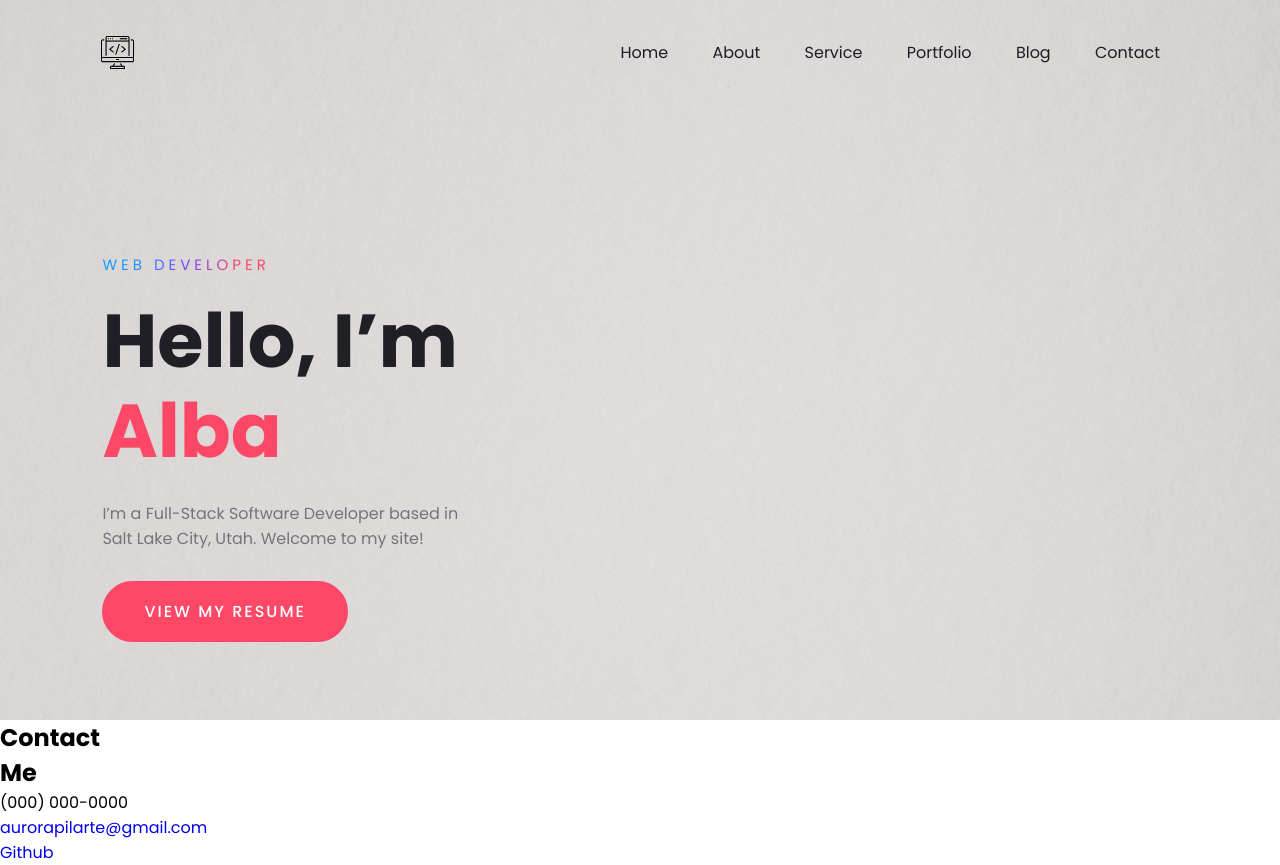
Repository: pilar122/port
Page: index.html
The author's editor kept a copy of each file at every save. The page is drawn from the files as they stood at one save, then again after the next save.
The browser window is 1280 px wide. The pictures show the whole page.

Above is the page before, as saved 2022-01-29 15:49:44.

After the next save:
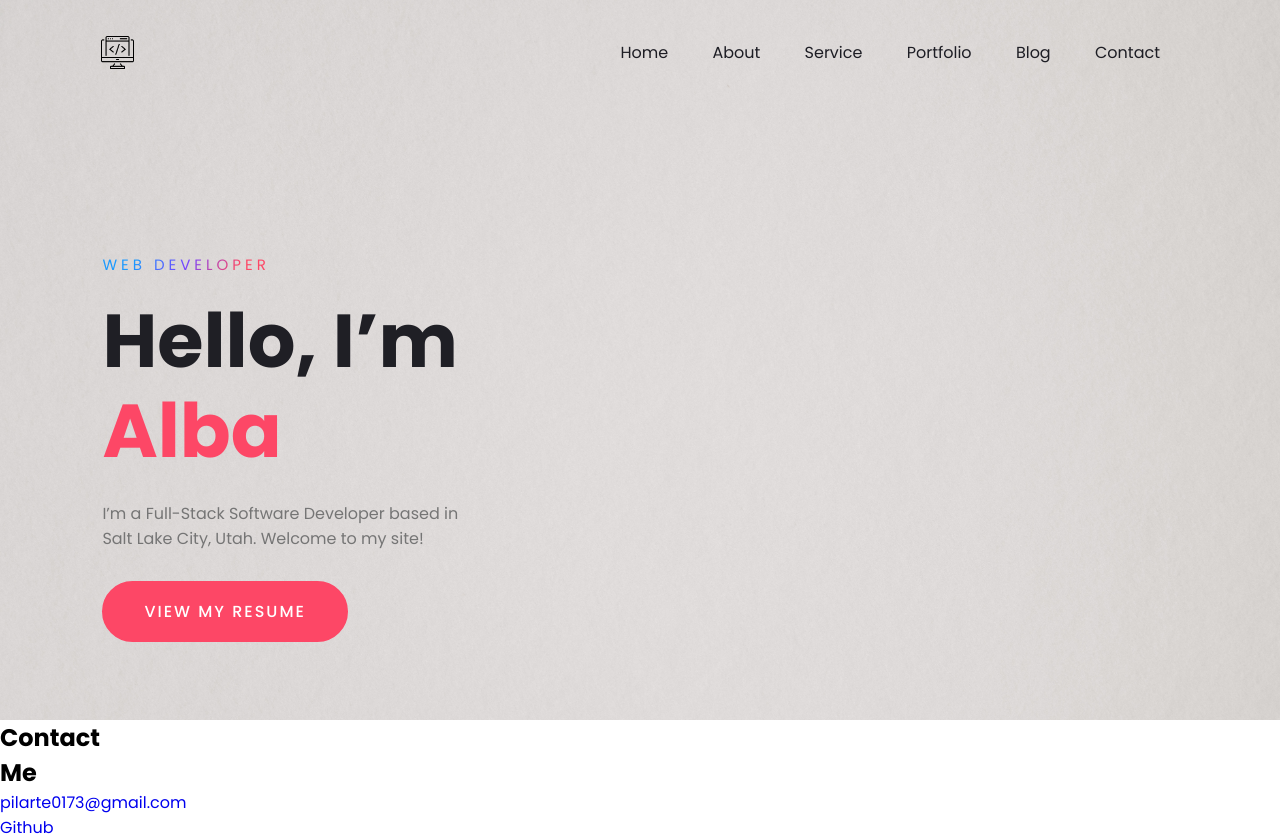
Saved 2 min 43 s later.
--- a/index.html
+++ b/index.html
@@ -28,14 +28,13 @@
         </div>
     </div>
     <section class="contact-me">
-        <div class="section-title" id="contact-me">
+        <div class="section-title" id="contact">
             <h2>Contact <br> Me</h2>
         </div>
 
         <div class="text">
             <ul>
-                <li>(000) 000-0000</li>
-                <li><a href="mailto:aurorapilarte@gmail.com">aurorapilarte@gmail.com</a></li>
+                <li><a href="mailto:aurorapilarte@gmail.com">pilarte0173@gmail.com</a></li>
                 <li><a href="https://github.com/pilar122/" target="_blank">Github</a></li>
             </ul>
         </div>
